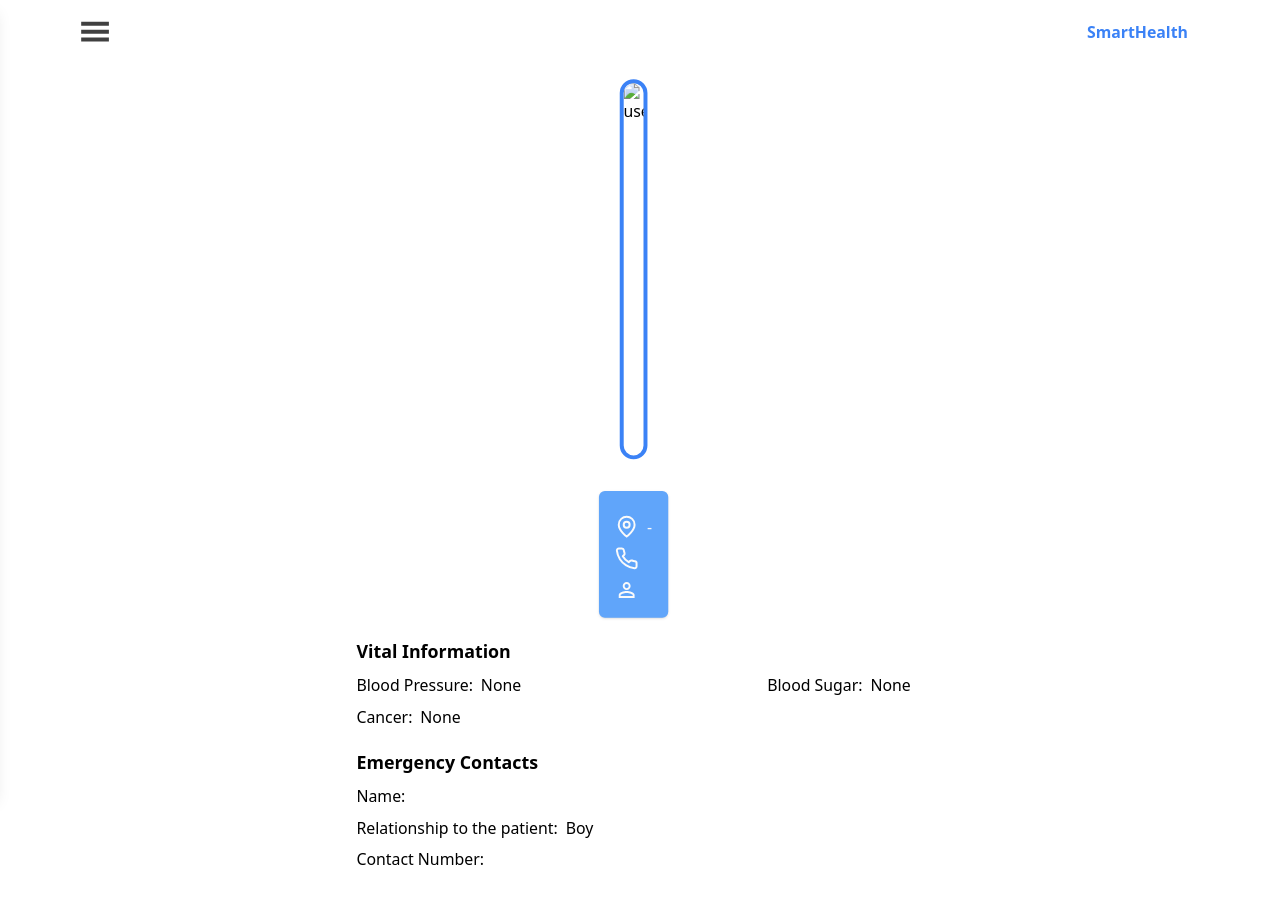
Repository: Sanaa00/HI-user
Page: /home
An editor plug-in stored every save of this project. The page is shown before and after the next save, followed by the edit.
The browser window is 1280 px wide. The pictures show the whole page, at 99% of full size.
The page's requests for data from a server got no answer. The project was rebuilt for these pictures with package versions that can differ from the ones it lists, and the page was loaded fresh each time. No one was signed in, and anything a server would have sent is missing. Also part of the build but not shown: vite.config.js, src/App.css, src/Components/Pagination.jsx, src/Pages/Prescription.jsx, src/Components/modalComponent.jsx, src/Pages/Laboratory.jsx, src/Pages/Radiographic.jsx, src/Components/InputField.jsx and 2 more.

Above is the page before, as saved 2024-01-12 21:01:02.

### src/main.jsx
import React from 'react';
import ReactDOM from 'react-dom/client';
import App from './App.jsx';
import './index.css';
import Modal from 'react-modal';
import { BrowserRouter } from 'react-router-dom';
Modal.setAppElement('#root');
ReactDOM.createRoot(document.getElementById('root')).render(
  <React.StrictMode>
    <BrowserRouter>
      {/* <Provider store={store}> */}
      <App />
      {/* </Provider>{' '} */}
    </BrowserRouter>
  </React.StrictMode>,
);

### src/App.jsx
import { Route, Routes } from 'react-router-dom';
import './App.css';
import Home from './Pages/Home';
// import Test from './Pages/Test';
import Navbar from './Components/Navbar';
import Prescription from './Pages/Prescription';
import Laboratory from './Pages/Laboratory';
import Radiographic from './Pages/Radiographic';
import ModalComponent from './Components/modalComponent';
import Login from './Pages/Login';
import SignUp from './Pages/SignUp';

function App() {
  return (
    <>
      <Navbar />
      <Routes>
        <Route path="/home" element={<Home />} />
        <Route path="/laboratory" element={<Laboratory />}>
          <Route path=":id" element={<ModalComponent />} />
        </Route>
        <Route path="/Radiographic" element={<Radiographic />} />
        <Route path="/Prescription" element={<Prescription />} />
        <Route path="/" element={<Login />} />
        <Route path="/signup" element={<SignUp />} />
        {/* <Route path="products" element={<Products />} />
          <Route path="setting" element={<Setting />} />
          <Route path="hide" element={<HideProducts />} /> */}
        {/* </Route> */}
      </Routes>
    </>
  );
}

export default App;

### src/Pages/Home.jsx
import { useEffect, useState } from 'react';
import { supabase } from '../supabaseClient';
import { FaLocationDot, FaPhone } from 'react-icons/fa6';
import { LuPhone } from 'react-icons/lu';
import { MdPermIdentity } from 'react-icons/md';
import { CiPhone } from 'react-icons/ci';
import { GrLocation } from 'react-icons/gr';
function Home() {
  const [data, setData] = useState([]);

  useEffect(() => {
    const fetchData = async () => {
      const { data, error } = await supabase
        .from('personInformation')
        .select('*')
        .eq('id', 34567890)
        .single();
      console.log('first', data);
      if (error) console.log('Error', error);
      else setData(data);
    };

    fetchData();
  }, []);
  return (
    <div className="mt-16 min-h-screen p-4 sm:px-10 md:px-20  flex flex-col lg:items-center">
      <div className="flex justify-center items-center">
        {console.log(data)}{' '}
        <img
          className="object-cover rounded-full w-72 border-4 border-blue-500 h-72 lg:w-1/2 lg:h-96 "
          src={data.userImage}
          alt="user"
        />
      </div>
      {/* <div className="mt-5 text-center font-bold text-lg lg:w-1/2">
        Personal Information
      </div> */}
      <div className="mt-3 lg:w-1/2 flex justify-center items-center">
        {/* <span>Name:</span> */}
        <span className="ml-2 font-semibold">{data.fullName}</span>
      </div>{' '}
      {/* <div className="mt-2 flex justify-between items-center lg:w-1/2"> */}
      {/* <span>
          {' '}
          <span>DOB:</span>
          <span className="ml-2">{data.dateOfBirth}</span>
        </span>{' '}
        <span>
          {' '}
          <span>Gender:</span>
          <span className="ml-2">{data.gender}</span>
        </span> */}
      {/* </div>{' '} */}
      <div className="mt-5 bg-blue-400 text-neutral-50 rounded-md p-4 shadow ">
        {' '}
        <div className="mt-2 flex justify-between items-center lg:w-1/2">
          <span className="flex items-center flex-row">
            {' '}
            <span>
              <GrLocation className="w-6 h-6" />
            </span>
            <span className="ml-2">
              {data.city}-{data.address}
            </span>
          </span>
        </div>
        {/* ****************** */}
        <div className="mt-2 flex justify-between items-center lg:w-1/2">
          <span className="flex items-center">
            {' '}
            <span>
              <LuPhone className="w-6 h-6" />
            </span>
            <span className="ml-2">{data.contactNumber}</span>
          </span>{' '}
        </div>{' '}
        <div className="mt-2 flex justify-between items-center lg:w-1/2">
          <span className="flex items-center">
            {' '}
            <span>
              <MdPermIdentity className="w-6 h-6" />
            </span>
            <span className="ml-2">{data.id}</span>
          </span>{' '}
        </div>
      </div>
      {/* **********vital information*********** */}
      <div className="mt-5 font-bold text-lg lg:w-1/2">Vital Information</div>
      {/* <div className="mt-2 flex justify-between items-center lg:w-1/2">
        <span>
          {' '}
          <span>Blood Type:</span>
          <span className="ml-2">O+</span>
        </span>{' '}
      </div>{' '}
      <div className="mt-2 flex justify-between items-center lg:w-1/2">
        <span>
          {' '}
          <span>Height:</span>
          <span className="ml-2">172 cm</span>
        </span>{' '}
        <span>
          {' '}
          <span>weight:</span>
          <span className="ml-2">78 kg</span>
        </span>{' '}
      </div>{' '} */}
      <div className="mt-2 flex justify-between items-center lg:w-1/2">
        <span>
          {' '}
          <span>Blood Pressure:</span>
          <span className="ml-2">None</span>
        </span>{' '}
        <span>
          {' '}
          <span>Blood Sugar:</span>
          <span className="ml-2">None</span>
        </span>{' '}
      </div>{' '}
      <div className="mt-2 flex justify-between items-center lg:w-1/2">
        <span>
          {' '}
          <span>Cancer:</span>
          <span className="ml-2">None</span>
        </span>{' '}
      </div>{' '}
      {/* ***************Emergency Contacts********** */}
      <div className="mt-5 font-bold text-lg lg:w-1/2">Emergency Contacts</div>
      <div className="mt-2 flex justify-between items-center lg:w-1/2">
        <span>
          {' '}
          <span>Name:</span>
          <span className="ml-2">{data.emergencyContactName}</span>
        </span>{' '}
      </div>{' '}
      <div className="mt-2 flex justify-between items-center lg:w-1/2">
        <span>
          {' '}
          <span>Relationship to the patient:</span>
          <span className="ml-2">Boy</span>
        </span>{' '}
      </div>{' '}
      <div className="mt-2 mb-5 flex justify-between items-center lg:w-1/2">
        <span>
          {' '}
          <span>Contact Number:</span>
          <span className="ml-2">{data.emergencyContactNumber}</span>
        </span>{' '}
      </div>
    </div>
  );
}

export default Home;

### src/Components/Navbar.jsx
import { useState } from 'react';
import { Link, NavLink } from 'react-router-dom';
import { GiHamburgerMenu } from 'react-icons/gi';
import { IoCloseSharp } from 'react-icons/io5';
function Navbar() {
  const [open, setOpen] = useState(false);
  return (
    <div className="flex text-neutral-700 top-0 z-50 fixed px-4 sm:px-10 md:px-20 justify-between items-center bg-white h-16 w-full">
      <div
        className={` flex justify-between hover:bg-opacity-80 duration-500 hover:duration-500 items-center w-full h-full text-lg font-bold`}
      >
        <button onClick={() => setOpen(!open)} className="">
          <GiHamburgerMenu className="w-8 h-8" />
        </button>{' '}
        <div
          className={` bg-white rounded-sm  flex flex-col fixed w-4/5 lg:w-96 top-0 z-40 left-0 shadow-lg transform duration-500 ease-in-out ${
            open ? 'translate-x-0' : '-translate-x-full'
          }`}
        >
          <button
            onClick={() => setOpen(!open)}
            className="mt-3 mb-2 left-0 px-3 flex h-16"
          >
            <IoCloseSharp className="w-9 h-9" />
          </button>

          <div className="w-full h-screen flex flex-col text-orange p-4">
            <Link to="/home" onClick={() => setOpen(!open)} className="pb-3">
              Person Information
            </Link>
            <Link
              to="/Radiographic"
              onClick={() => setOpen(!open)}
              className="py-3"
            >
              Radiographic examination
            </Link>
            <Link
              to="/laboratory"
              onClick={() => setOpen(!open)}
              className="py-3"
            >
              Laboratory examination
            </Link>
            <Link
              to="/Prescription"
              onClick={() => setOpen(!open)}
              className="py-3"
            >
              Prescription
            </Link>
          </div>
        </div>
      </div>
      <NavLink to="/home" className="ml-2 font-bold text-blue-500">
        SmartHealth
      </NavLink>
    </div>
  );
}

export default Navbar;

### src/supabaseClient.js
import { createClient } from '@supabase/supabase-js';

const supabaseUrl =
    import.meta.env.VITE_REACT_APP_SUPABASE_URL;
const supabaseAnonKey =
    import.meta.env.VITE_REACT_APP_SUPABASE_ANON_KEY;

export const supabase = createClient(supabaseUrl, supabaseAnonKey);

Loaded but not shown: index.html (common file); src/index.css (common file); tailwind.config.js (common file)

After the next save:
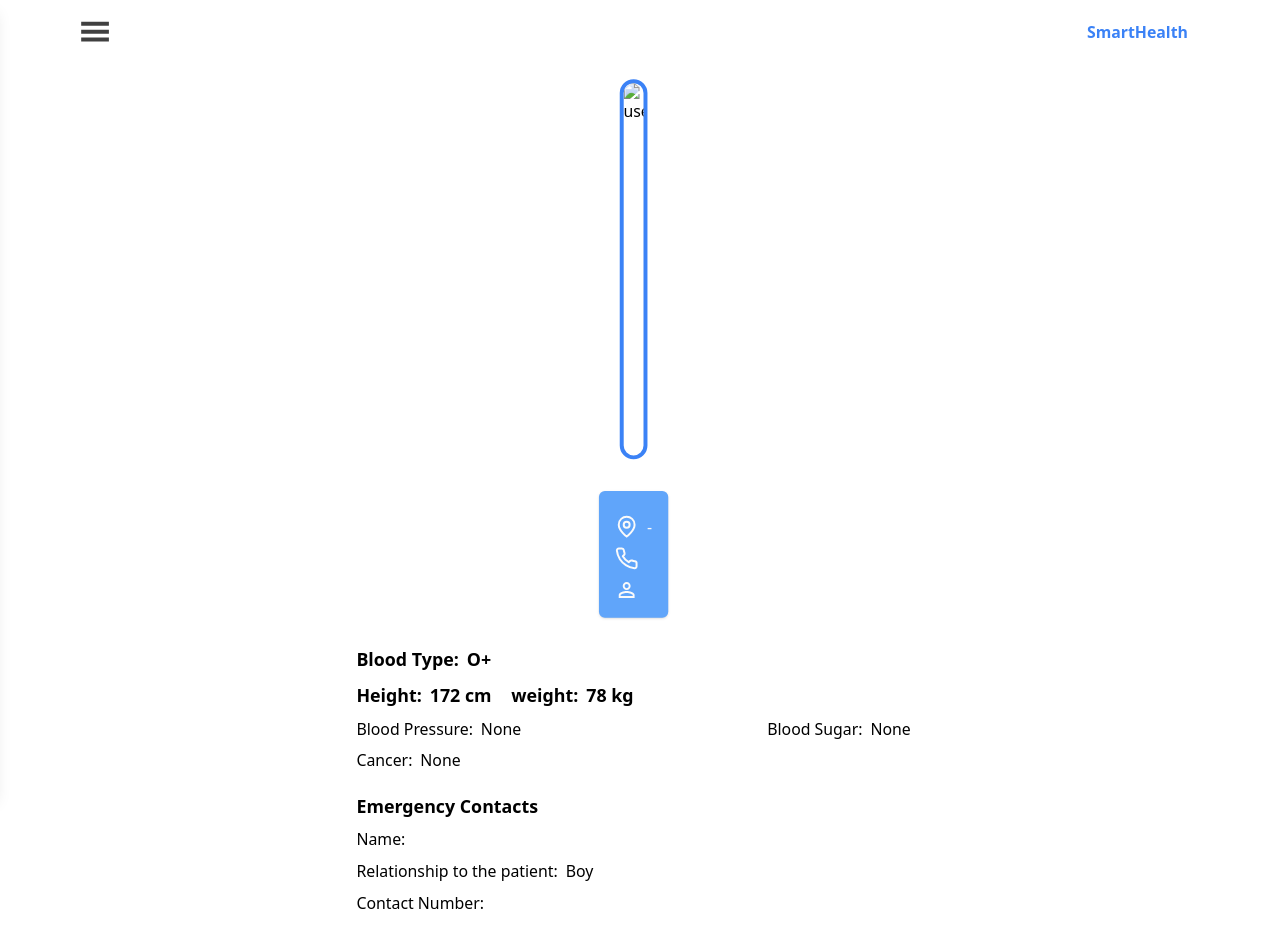
Saved 5 s later.
--- a/src/Pages/Home.jsx
+++ b/src/Pages/Home.jsx
@@ -85,7 +85,28 @@ function Home() {
         </div>
       </div>
       {/* **********vital information*********** */}
-      <div className="mt-5 font-bold text-lg lg:w-1/2">Vital Information</div>
+      <div className="mt-5 font-bold text-lg lg:w-1/2">
+        {' '}
+        <div className="mt-2 flex justify-between items-center lg:w-1/2">
+          <span>
+            {' '}
+            <span>Blood Type:</span>
+            <span className="ml-2">O+</span>
+          </span>{' '}
+        </div>{' '}
+        <div className="mt-2 flex justify-between items-center lg:w-1/2">
+          <span>
+            {' '}
+            <span>Height:</span>
+            <span className="ml-2">172 cm</span>
+          </span>{' '}
+          <span>
+            {' '}
+            <span>weight:</span>
+            <span className="ml-2">78 kg</span>
+          </span>{' '}
+        </div>{' '}
+      </div>
       {/* <div className="mt-2 flex justify-between items-center lg:w-1/2">
         <span>
           {' '}
